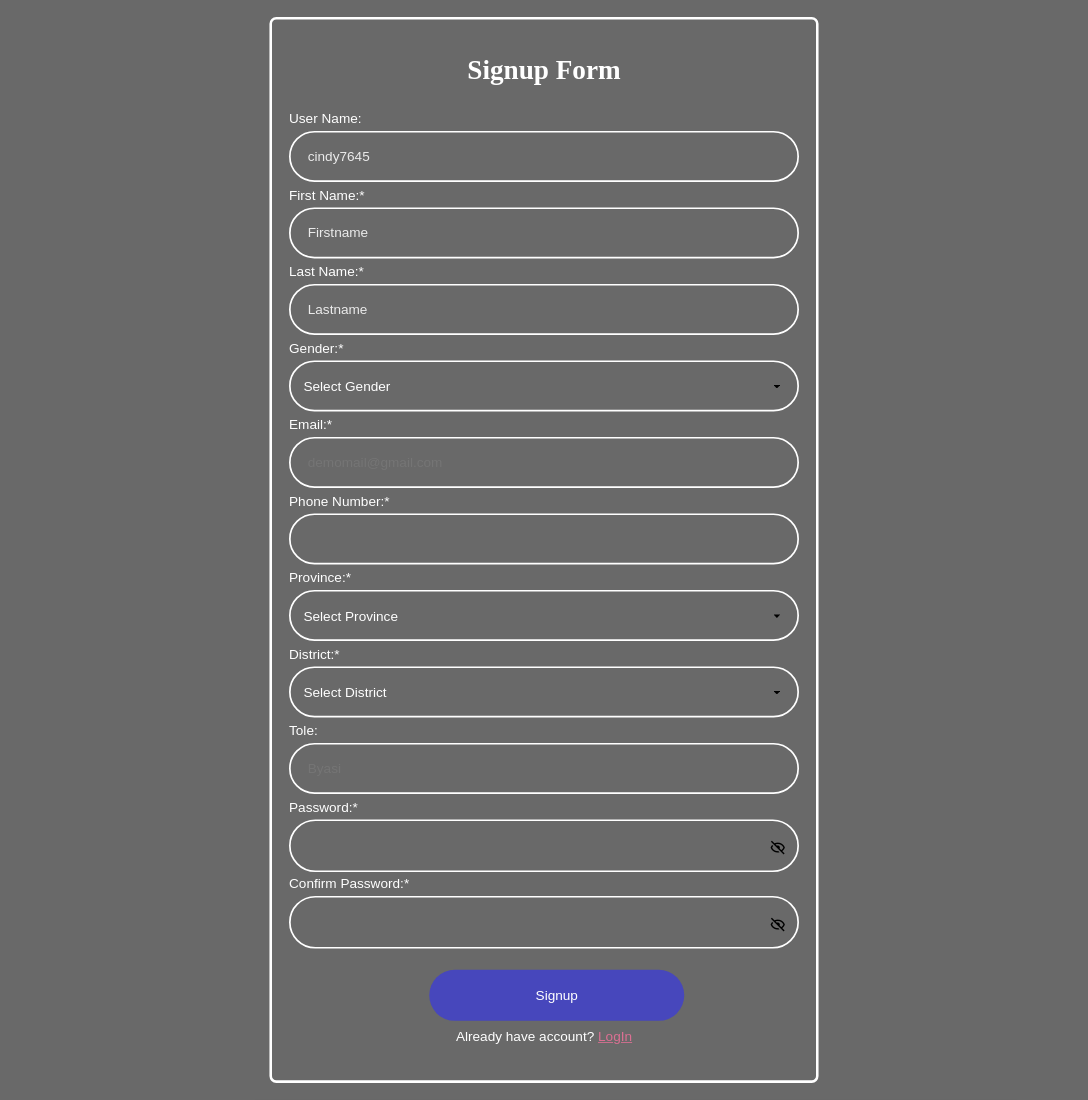
Repository: cindrellakoju/Animestore
Page: html css/signup.html
The author's editor kept a copy of each file at every save. The page is drawn from the files as they stood at one save, then again after the next save.
The browser window is 1280 px wide. The pictures show the whole page, at 85% of full size.

Above is the page before, as saved 2024-04-07 01:46:46.

After the next save:
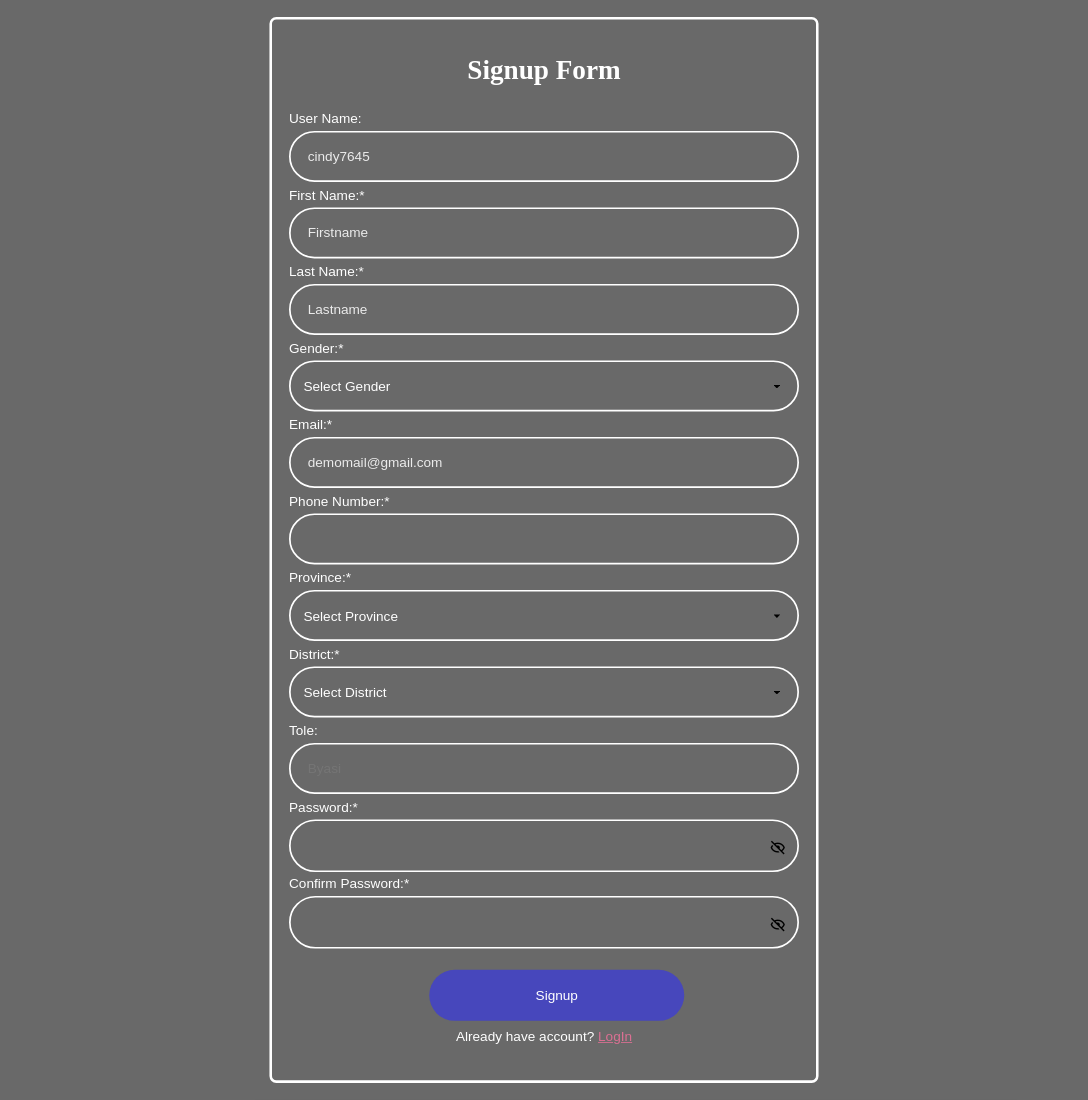
Saved 16 s later.
--- a/html css/signup.css
+++ b/html css/signup.css
@@ -49,7 +49,8 @@
   margin-left: 5px;
   }
   /* change color of placeholder */
-  #username::placeholder, #firstname::placeholder, #lastname::placeholder{
+  #username::placeholder, #firstname::placeholder, #lastname::placeholder,
+  #email::placeholder{
     color: rgba(255, 255, 255, 0.865);
   }
   input[type="text"],
